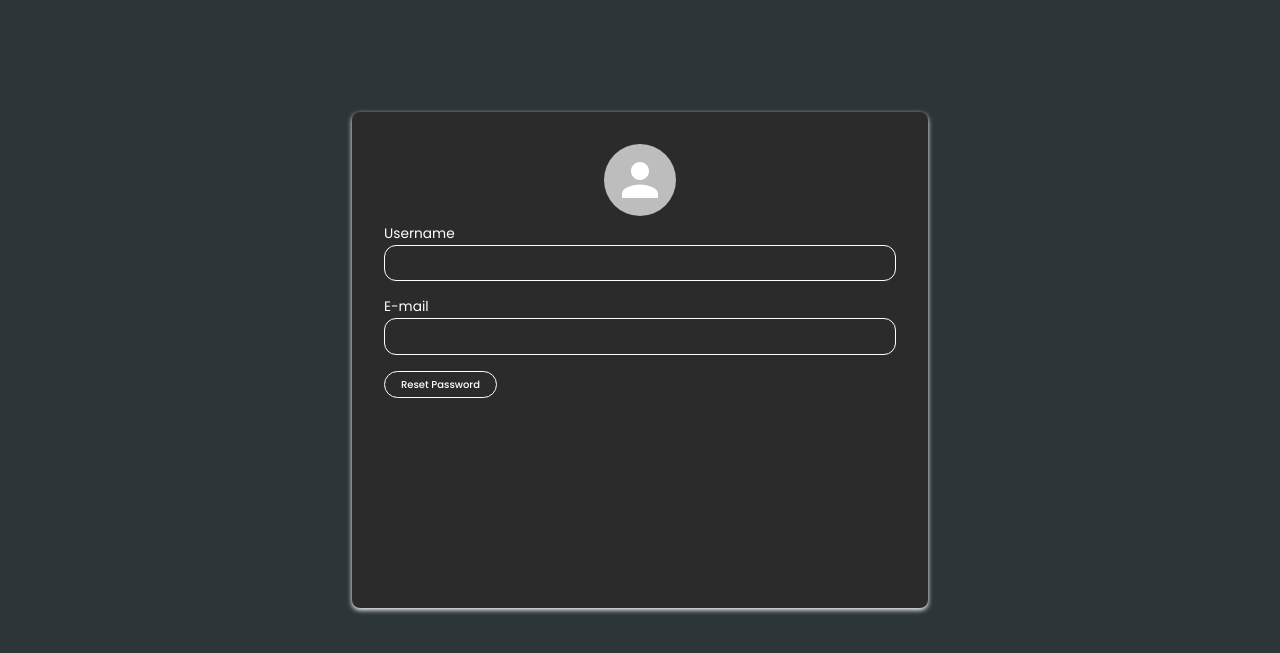
Repository: IzzaSuni/Izza-ToDo
Page: /publicNote/Private/profile
These files come from the project's save history. The page is drawn as it stood at one moment and after the next save; the edit follows.
The browser window is 1280 px wide. The pictures show the whole page.
Some web libraries are served in a nearby version. The project was rebuilt for these pictures with package versions that can differ from the ones it lists, and the page was loaded fresh each time. Also part of the build but not shown: src/App.css, src/services.js, src/components/List.js, src/components/Filter.js, src/components/ohayo.js, src/utils/Query.js, src/components/navbar.js, src/components/MainPage.js and 4 more.

Above is the page before, as saved 2022-08-23 22:59:31.

### public/index.html
<!DOCTYPE html>
<html lang="en">
  <head>
    <meta charset="utf-8" />
    <link rel="icon" href="%PUBLIC_URL%/AKU.svg" />
    <meta name="viewport" content="width=device-width, initial-scale=1" />
    <meta name="theme-color" content="#000000" />
    <meta name="description" />
    <link rel="apple-touch-icon" href="%PUBLIC_URL%/logo192.png" />
    <script src="https://kit.fontawesome.com/a076d05399.js" crossorigin="anonymous"></script>
    <!--
      manifest.json provides metadata used when your web app is installed on a
      user's mobile device or desktop. See https://developers.google.com/web/fundamentals/web-app-manifest/
    -->
    <link rel="manifest" href="%PUBLIC_URL%/manifest.json" />
    <!--
      Notice the use of %PUBLIC_URL% in the tags above.
      It will be replaced with the URL of the `public` folder during the build.
      Only files inside the `public` folder can be referenced from the HTML.

      Unlike "/favicon.ico" or "favicon.ico", "%PUBLIC_URL%/favicon.ico" will
      work correctly both with client-side routing and a non-root public URL.
      Learn how to configure a non-root public URL by running `npm run build`.
    -->
    <title>My Notes</title>
  </head>
  <body>
    <noscript>You need to enable JavaScript to run this app.</noscript>
    <div id="root"></div>
    <!--
      This HTML file is a template.
      If you open it directly in the browser, you will see an empty page.

      You can add webfonts, meta tags, or analytics to this file.
      The build step will place the bundled scripts into the <body> tag.

      To begin the development, run `npm start` or `yarn start`.
      To create a production bundle, use `npm run build` or `yarn build`.
    -->
  </body>
</html>

### src/index.js
import React from "react";
import ReactDOM from "react-dom/client";
import "./index.css";
import App from "./App";
import reportWebVitals from "./reportWebVitals";
import { ThemeProvider } from "@mui/material";
import Theme from "./utils/Theme";
const root = ReactDOM.createRoot(document.getElementById("root"));
root.render(
  <ThemeProvider theme={Theme}>
    <React.StrictMode>
      <App />
    </React.StrictMode>
  </ThemeProvider>
);

// If you want to start measuring performance in your app, pass a function
// to log results (for example: reportWebVitals(console.log))
// or send to an analytics endpoint. Learn more: https://bit.ly/CRA-vitals
reportWebVitals();

### src/index.css
@import url("https://fonts.googleapis.com/css2?family=Poppins:ital,wght@0,100;0,200;0,300;0,400;0,500;0,600;0,700;0,800;0,900;1,100;1,200;1,300;1,400;1,500;1,600;1,700;1,800;1,900&display=swap");
body {
  margin: 0;
  font-family: "Poppins", -apple-system, BlinkMacSystemFont, "Segoe UI",
    "Roboto", "Oxygen", "Ubuntu", "Cantarell", "Fira Sans", "Droid Sans",
    "Helvetica Neue", sans-serif;
  -webkit-font-smoothing: antialiased;
  -moz-osx-font-smoothing: grayscale;
  font-smooth: antialiased;
  box-sizing: border-box;
  background-color: #2c3639;
}
button[type="button"] {
  font-size: 10px;
}
svg {
  font-size: 16px !important;
}
code {
  font-family: source-code-pro, Menlo, Monaco, Consolas, "Courier New",
    monospace;
}
#cok:focus-within {
  box-shadow: 0px 1px 0px rgba(0, 0, 0, 0.555);
  transition: all 0.2s;
}
#cok,
#edit {
  box-shadow: 0px;
  transition: all 0.6s;
}
input {
  color: white !important;
  font-family: poppins;
}
textarea {
  color: white !important;
  font-family: poppins;
}
input:-webkit-autofill,
input:-webkit-autofill:hover,
input:-webkit-autofill:focus,
input:-webkit-autofill:active {
  -webkit-box-shadow: 0 0 0 30px #e7f6f2 inset !important;
  box-shadow: 0 0 0 30px #e7f6f2 inset !important;
}
input:disabled {
  -webkit-text-fill-color: black !important;
}
textarea:disabled {
  -webkit-text-fill-color: black !important;
}
#edit:focus-visible {
  box-shadow: 0px 1px 0px rgba(0, 0, 0, 0.555);
  transition: all 0.2s;
}
input#searchBar {
  padding: 4px 8px;
}

.grid {
  display: grid;
  gap: 10px;
  grid-template-columns: repeat(auto-fill, minmax(120px, 1fr));
  grid-template-rows: masonry;
}

.my-masonry-grid {
  display: -webkit-box; /* Not needed if autoprefixing */
  display: -ms-flexbox; /* Not needed if autoprefixing */
  display: flex;
  width: auto;
}
.my-masonry-grid_column {
  /* padding-left: 5px; gutter size */
  background-clip: padding-box;
}

/* Style your items */
.my-masonry-grid_column > div {
  /* change div to reference your elements you put in <Masonry> */
  margin-bottom: 10px;
}

::-webkit-scrollbar {
  width: 6px;
  height: 2px;
}

::-webkit-scrollbar-track {
  box-shadow: inset 0 0 10px transparent;
  border-radius: 10px;
}

/* Handle */
::-webkit-scrollbar-thumb {
  border: 2px solid rgba(0, 0, 0, 0);
  background-clip: padding-box;
  border-radius: 10px;
  background-color: #303030;
}

.shadow {
  box-shadow: 0px 2px 5px white;
}
.MuiPopover-paper {
  background: #2b2b2b !important;
  box-shadow: 0px 2px 5px white !important;
}
#buttonUpload ~ div {
  display: none;
}
#halo:hover::after {
  color: white;
  z-index: 10;
  position: absolute;
  background-color: rgba(0, 0, 0, 0.466);
  height: 100%;
  width: 100%;
  display: flex;
  justify-content: center;
  align-items: center;
  font-family: "Font Awesome 5 Free";
  content: "\f304";
  vertical-align: middle;
  font-weight: 900;
}

/* responsive=============================================================================== */
#mainContainer {
  display: block;
  height: 100vh;
}
@media (max-width: 900px) {
  #mainForm {
    display: none;
  }
  #ohayoSmall {
    text-align: center;
    position: sticky;
    width: 100vw;
  }
  #ohayoBig {
    display: none;
  }

  #listForm {
    width: 100%;
  }
  #buttonAddNotes {
    position: sticky;
    bottom: 0;
    width: 100vw;
    height: 52px !important;
    text-align: center;
    border-radius: 16px 16px 0 0;
  }
}
@media (min-width: 900px) {
  #buttonAddNotes {
    display: none;
  }
  #mainContainer {
    display: block;
  }
  #ohayoSmall {
    display: none;
  }
}

#loginButton:hover {
  background: transparent !important;
}

### src/App.js
import "./App.css";
import Layout from "./components/Layout";
import MainPage from "./components/MainPage";
import { BrowserRouter as Router, Switch, Route } from "react-router-dom";
import Login from "./components/Login";
import CreateAccount from "./components/CreateAccount";
import MainPageLoged from "./components/MainPageLoged";
import Profile from "./components/Profile";

function App({}) {
  return (
    <div className="App">
      <Router>
        <Switch>
          <Route exact path="/publicNote">
            <Layout>
              <MainPage />
            </Layout>
          </Route>
          <Route path={"/login"}>
            <Layout>
              <Login />
            </Layout>
          </Route>
          <Route path={"/signUp"}>
            <Layout>
              <CreateAccount />
            </Layout>
          </Route>
          <Route exact path={"/publicNote/Private"}>
            <Layout>
              <MainPageLoged />
            </Layout>
          </Route>
          <Route exact path={"/publicNote/Private/profile"}>
            <Layout>
              <Profile />
            </Layout>
          </Route>
          <Route path="*">
            <main style={{ padding: "1rem" }}>
              <p>There's nothing here!</p>
            </main>
          </Route>
        </Switch>
      </Router>
    </div>
  );
}

export default App;

### src/utils/Theme.js
import { green } from "@mui/material/colors";
import { createTheme, ThemeProvider } from "@mui/material/styles";

export const background = "#FCE7E7";
export const Black = "#303030";
export const Green = "#E7F634";
export const Disable = "#97A8A8";

export const Screensize = {
  mobile: 0,
  tablet: 900,
  laptop: 1350,
  desktop: 1700,
};

export const colors = {
  background,
  Black,
  Green,
  Disable,
};
export const theme = createTheme({
  breakpoints: {
    values: {
      mobile: 0,
      tablet: 900,
      laptop: 1350,
      desktop: 1700,
    },
  },
  typography: {
    fontFamily: "Poppins",
    fontSize: 12,
    allVariants: {
      color: "white ",
    },
  },
  components: {
    MuiButton: {
      styleOverrides: {
        root: {
          textTransform: "none",
          fontFamily: "Poppins !important",
        },
      },
    },
  },
});

export default theme;

### src/components/Layout.js
import { Box } from "@mui/material";

const Layout = ({ children }) => {
  return (
    <Box
      height={"100vh"}
      width={`calc("100vw - 32px")`}
      display={"flex"}
      alignItems={"center "}
    >
      {children}
    </Box>
  );
};
export default Layout;

### src/components/Profile.js
import IsLogin from "../utils/isLogin";
import { makeStyles } from "@mui/styles";
import { Avatar, Box, Typography } from "@mui/material";
import Input from "./Input";
import { useState } from "react";
import { uploadImages } from "../services";

const useStyles = makeStyles({
  card: {
    height: "60vh",
    width: "40vw",
    background: "#2B2B2B",
    borderRadius: "8px",
    padding: "32px",
  },
  container: {
    height: "100vh",
    width: "100vw",
    display: "flex",
    justifyContent: "center",
    alignItems: "center",
  },
});

export default function Profile() {
  let objectURL;
  const [image, setImage] = useState();
  const { user, signed } = IsLogin();
  const classes = useStyles();

  const onChangeFile = (e) => {
    if (objectURL) {
      URL.revokeObjectURL(objectURL);
    }
    const file = e.target.files[0];
    objectURL = URL.createObjectURL(file);
    console.log(file);
    uploadImages({ images: file });
    return setImage(objectURL);
  };


  return (
    <>
      <Box className={classes.container}>
        <Box className={`${classes.card} shadow`}>
          <Box display="inline-flex" width='100%' justifyContent={'center'}>
            <div onClick={() => document.getElementById("uploadImg").click()}>
              <Avatar id="halo" sx={{ width: '72px', height: '72px' }} src={image ? image : user.picture}></Avatar>
            </div>
          </Box>
          <Box>
            <Box pb={1}>
              <Input
                id={"uploadImg"}
                type="file"
                inputType={"file"}
                hdlChange={onChangeFile}
                className={{ display: 'none' }}
              />
            </Box>
            <Box pb={2}>
              <Typography>Username</Typography>
              <Input type="email" defVal={user.user} isdisabled={true} />
            </Box>
            <Typography>E-mail</Typography>
            <Input type="email" defVal={user.email} isdisabled />
            <Box pt={2}>
              <Input type="buttonCustom">Reset Password</Input>
            </Box>
          </Box>
        </Box>
      </Box>
    </>
  );
}

### src/components/Input.js
import { makeStyles } from "@mui/styles";
import {
  Box,
  Button,
  FormControl,
  InputAdornment,
  InputBase,
  InputLabel,
  MenuItem,
  Select,
  TextField,
  Typography,
} from "@mui/material";
//icons
import EditIcon from "@mui/icons-material/Edit";
import DeleteIcon from "@mui/icons-material/Delete";
import ClearIcon from "@mui/icons-material/Clear";
import DoneIcon from "@mui/icons-material/Done";
import { useState } from "react";
import { LoadingButton } from "@mui/lab";

const useStyles = makeStyles({
  paper: {
    height: "100%",
    width: "20%",
    background: "#E7F6F2 !important",
    borderRadius: "16px",
    overflow: "auto",
  },
  paperList: {
    height: "100%",
    width: "80%",
    flexWrap: "wrap",
    background: "#CEE5D0 !important",
    overflow: "auto",
  },
  Button: {
    "&.MuiButton-root": {
      textTransform: "none !important",
      color: "white",
      background: "transparent ",
      borderRadius: "32px",
      border: "1px solid white",
      padding: "4px 16px",
      "&:hover": {
        background: "#693737",
        color: "white ",
      },
      "&:active": {
        background: "#693737",
        color: "white ",
      },
      "& .MuiLoadingButton-loadingIndicator": {
        color: "white !important",
      },
      "&.Mui-disabled": {
        color: "rgba(255, 255, 255, 0.541)",
      },
    },
  },
  TextField: {
    "&:hover fieldset": {
      borderColor: "#100F0F !important",
      color: "white",
    },
    "& label.Mui-focused": {
      color: "white",
    },
    "& fieldset": {
      borderColor: "white !important",
    },
    "&.Mui-focused fieldset": {
      borderColor: "white !important",
    },
    "& .MuiOutlinedInput-root": {
      borderRadius: "12px !important",
      color: "white",
    },
  },
  TextFields: {
    "& .MuiInputBase-input": {
      padding: "0px !important",
      borderBottom: "1px white dashed !important",
      width: "100%",
    },
  },
  login: {
    "&:hover fieldset": {
      borderColor: "white !important",
    },
    "& label.Mui-focused": {
      color: "black",
    },
    "& fieldset": {
      borderColor: "white !important",
    },
    "&.Mui-focused fieldset": {
      borderColor: "white !important",
    },
    "& .MuiOutlinedInput-root": {
      borderRadius: "12px !important",
    },
  },
  form: {
    justifytitle: "space-between",
    width: ` 100% `,
    marginTop: "32px",
  },
  editForm: { width: "100%", display: "flex", padding: "0px 8px" },
  smallBox: {
    height: "10px",
    width: "10px",
    marginRight: "32px",
    borderRadius: "16px",
    paddingLeft: "16px",
    border: "1px dashed black",
  },
  Menu: {
    "&.MuiMenu-list": {
      background: "#2B2B2B",
      borderRadius: "12px",
      padding: "16px",
      width: "250px",
    },
    "& .MuiMenuItem-root": {
      padding: "0px",
    },
  },
});

export default function Input({
  type,
  hdlChange,
  children,
  defVal,
  hdlEdit,
  onClickBtn,
  className,
  label,
  inputType,
  loading,
  maxchar,
  isdisabled,
  icon,
  id,
}) {
  const [anchorEl, setAnchorEl] = useState(null);

  const renderButton = ({ value, type }) => {
    return type === "delete" ? (
      value.isedit ? (
        <>
          <DoneIcon />
        </>
      ) : (
        <>
          <DeleteIcon />
        </>
      )
    ) : value.isedit ? (
      <>
        <ClearIcon sx={{ ml: 1 }} />
      </>
    ) : (
      <>
        <EditIcon sx={{ ml: 1 }} />
      </>
    );
  };

  const classes = useStyles();
  const renderInput = () => {
    switch (type) {
      case "text":
        return (
          <TextField
            size={"small"}
            label={"Title"}
            placeholder="Type the title here"
            className={classes.TextField}
            required
            inputProps={{ maxLength: "20" }}
            sx={{ width: "100%", marginBottom: 3 }}
          />
        );
      case "email":
        return (
          <TextField
            size={"small"}
            defaultValue={defVal}
            id={id}
            label={label}
            placeholder={label}
            className={classes.login}
            type={inputType}
            inputProps={{ maxLength: maxchar }}
            InputProps={icon}
            disabled={isdisabled}
            sx={{
              width: "100%",
              marginBottom: 3,
              "&.MuiFormControl-root": {
                marginBottom: 0,
              },
              "& .Mui-focused": {
                color: "white !important",
              },
              "& .Mui-disabled": {
                WebkitTextFillColor: "rgb(255 255 255 / 40%) !important",
              },
            }}
            onChange={hdlChange}
          />
        );

      case "file":
        return (
          <TextField
            size={"small"}
            defaultValue={defVal}
            id={id}
            label={label}
            placeholder={label}
            className={classes.login}
            type={inputType}
            inputProps={{ accept: "image/*" }}
            InputProps={icon}
            disabled={isdisabled}
            sx={{
              display: 'none'
            }}
            onChange={hdlChange}
          />
        );

      case "multiline":
        return (
          <TextField
            label={"Description"}
            size={"medium"}
            placeholder="Type the description here"
            className={classes.TextField}
            multiline
            sx={{ width: "100%", marginBottom: 3, borderRadius: 12 }}
          />
        );
      case "select":
        return (
          <FormControl
            fullWidth
            className={`${classes.TextField} `}
            sx={{
              marginBottom: "24px",
            }}
            id="kontol"
          >
            <InputLabel id="catLabel">Select Category</InputLabel>
            <Select
              id="catuu"
              label="Select Category"
              onChange={hdlChange}
              defaultChecked={false}
              required
              className={`${classes.Menu}`}
            >
              <MenuItem value={"Reminder"} disabled>
                Select a category
              </MenuItem>
              <MenuItem value={"Work"}>Work</MenuItem>
              <MenuItem value={"To do"}>To do</MenuItem>
              <MenuItem value={"Money"}>Money</MenuItem>
              <MenuItem value={"Reminder"}>Reminder</MenuItem>
              <MenuItem value={"Assignment"}>Task</MenuItem>
              <MenuItem value={"Study"}>Study</MenuItem>
            </Select>
          </FormControl>
        );

      case "button":
        return (
          <Button
            disableRipple
            type="submit"
            variant="contained"
            className={classes.Button}
            sx={className}
            id={id}
          >
            {children}
          </Button>
        );
      case "buttonLoading":
        return (
          <LoadingButton
            disableRipple
            type="submit"
            variant="contained"
            loading={loading}
            className={classes.Button}
            sx={className}
            disabled={isdisabled}
            loadingPosition="end"
          >
            {children}
          </LoadingButton>
        );
      case "buttonCustom":
        return (
          <Button
            disableRipple
            type="button"
            onClick={onClickBtn}
            className={`${classes.Button}`}
            id={id}
            style={className}
          >
            {children}
          </Button>
        );

      case "editTitle":
        return (
          <InputBase
            defaultValue={defVal.title}
            onChange={hdlEdit}
            className={classes.TextFields}
            disabled={defVal.isedit === true ? false : true}
            sx={{
              fontSize: "16px !important",
            }}
          />
        );
      case "editDesc":
        return (
          <InputBase
            sx={{
              width: "100%",
              padding: "0px !important",
              mt: 2,
              lineHeight: "18px",
            }}
            defaultValue={defVal.desc}
            onChange={hdlEdit}
            className={classes.TextFields}
            disabled={defVal.isedit === true ? false : true}
            multiline
          />
        );
      case "divider":
        return (
          <Box
            height={"1px"}
            width="100%"
            bgcolor={"#CEE5D0"}
            mx={2}
            variant="middle"
            alignSelf={"center "}
          />
        );
      default:
        break;
    }
  };
  return renderInput();
}

### src/utils/isLogin.js
import jwtDecode from "jwt-decode";
import Cookies from "universal-cookie";


const IsLogin = () => {
  const secret = process.env.REACT_APP_SECRET_TOKEN;
  const cookies = new Cookies();
  const bearer = cookies.get("akikToken");

  const signed = bearer ? jwtDecode(bearer).aud === secret : false;
  const user = bearer
    ? {
        user: jwtDecode(bearer).name,
        email: jwtDecode(bearer).email,
        isVerifiedEmail: jwtDecode(bearer).email_verified,
        userId: jwtDecode(bearer).user_id,
        picture: jwtDecode(bearer).picture,
      }
    : {};

  return { signed, user };
};

export default IsLogin;

Loaded but not shown: src/reportWebVitals.js (common file)

After the next save:
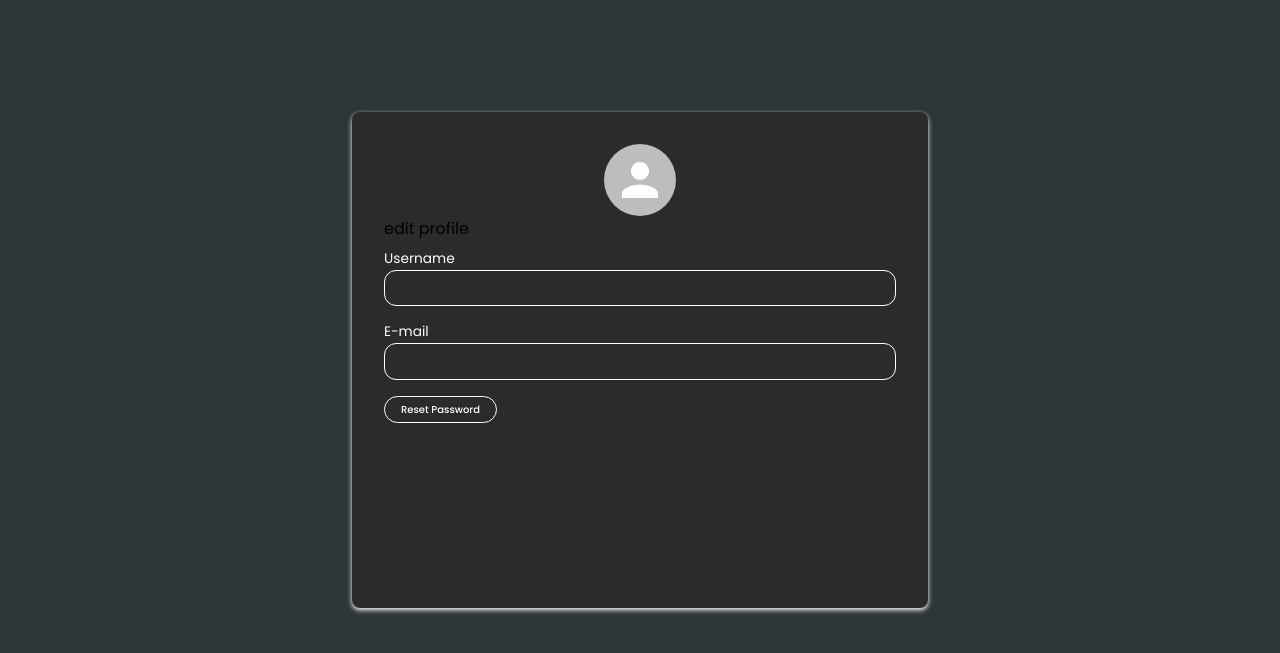
Saved 13 min 24 s later.
--- a/src/components/Profile.js
+++ b/src/components/Profile.js
@@ -49,6 +49,8 @@ export default function Profile() {
               <Avatar id="halo" sx={{ width: '72px', height: '72px' }} src={image ? image : user.picture}></Avatar>
             </div>
           </Box>
+          edit profile
+
           <Box>
             <Box pb={1}>
               <Input
